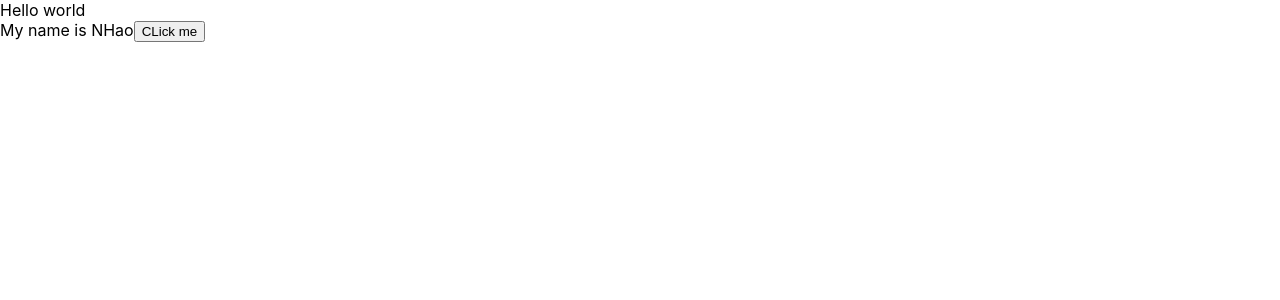
Repository: haonguyen09/reactProject
Page: /
These files come from the project's save history. The page is drawn as it stood at one moment and after the next save; the edit follows.
The browser window is 1280 px wide. The pictures show the whole page.
The project was rebuilt for these pictures with package versions that can differ from the ones it lists, and the page was loaded fresh each time.

Above is the page before, as saved 2023-07-31 20:38:44.

After the next save:
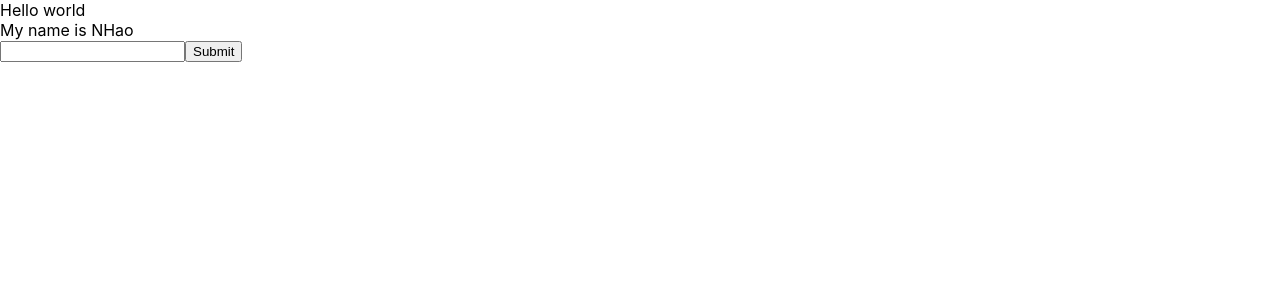
Saved 59 min 46 s later.
--- a/src/components/MyComponent.js
+++ b/src/components/MyComponent.js
@@ -21,7 +21,11 @@ class MyComponent extends React.Component {
         return (
             <div>
                 My name is {this.state.name}
-                <button onClick={(event) => { this.handleClick(event) }}>CLick me</button>
+                <form>
+                    <input type="text"/>
+                    <button>Submit</button>
+                </form>
+
             </div>
         );
     }
